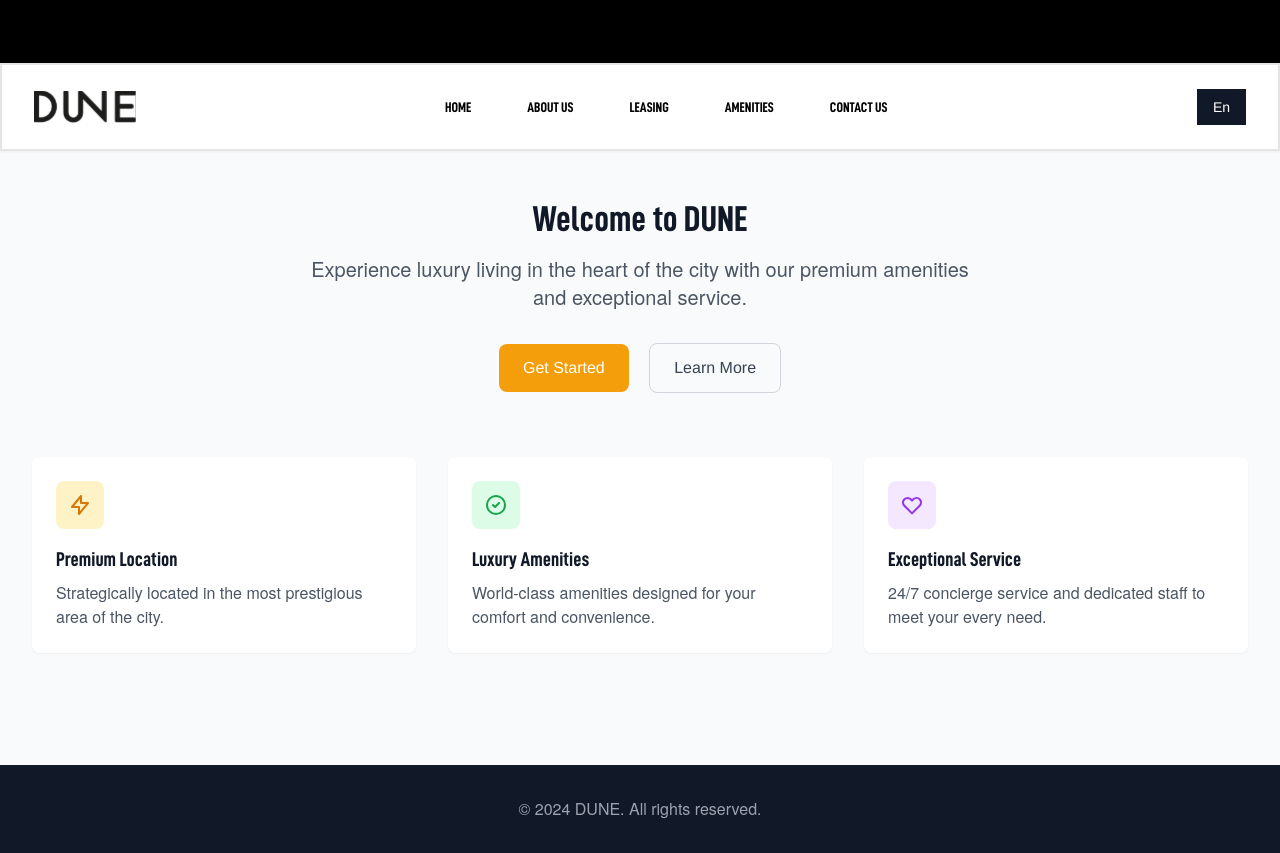
Repository: ahmedassr5765/dune
Page: index.html
These files come from the project's save history. The page is drawn as it stood at one moment and after a run of saves; the edit follows.
The browser window is 1280 px wide. The pictures show the whole page.
Some web fonts or font styles are not loaded; a fallback is used. Some web libraries are served in a nearby version.

Above is the page before, as saved 2025-07-12 17:46:24.

### index.html
<!DOCTYPE html>
<html lang="en" dir="ltr">
<head>
    <meta charset="UTF-8">
    <meta name="viewport" content="width=device-width, initial-scale=1.0">
    <title>DUNE</title>

    <!-- Local Fonts -->
    <style>
        @font-face {
            font-family: 'D-DIN Condensed';
            src: url('./Fonts/D-DINCondensed-Bold.otf') format('opentype');
            font-weight: 700;
            font-style: normal;
        }

        @font-face {
            font-family: 'Helvetica Neue';
            src: url('./Fonts/HelveticaNeueBlack.otf') format('opentype');
            font-weight: 400;
            font-style: normal;
        }
    </style>

    <!-- TailwindCSS -->
    <script src="https://cdn.tailwindcss.com"></script>

    <!-- TailwindCSS Configuration -->
    <script>
        tailwind.config = {
            theme: {
                extend: {
                    fontFamily: {
                        'ddin': ['D-DIN Condensed', 'sans-serif'],
                        'helvetica': ['Helvetica Neue', 'sans-serif'],
                    }
                }
            }
        }
    </script>

    <!-- Custom Styles -->
    <style>
        /* RTL Support */
        [dir="rtl"] {
            text-align: right;
        }

        [dir="rtl"] .logo {
            margin-right: 0;
            margin-left: auto;
        }

        [dir="rtl"] .nav-items {
            flex-direction: row-reverse;
            margin-left: 0;
            margin-right: auto;
        }

        [dir="rtl"] .lang-toggle {
            order: -1;
            margin-left: 0;
            margin-right: auto;
        }

        [dir="rtl"] .header-container {
            flex-direction: row-reverse;
        }

        [dir="rtl"] .nav-items a {
            margin-left: 0;
            margin-right: 2rem;
        }

        [dir="rtl"] .nav-items a:last-child {
            margin-right: 0;
        }

        /* Language Toggle Button */
        .lang-toggle {
            transition: all 0.3s ease;
        }

        .lang-toggle:hover {
            transform: scale(1.05);
        }

        /* Navigation Active State */
        .nav-active {
            color: #f59e0b;
        }

        /* RTL Animation */
        .rtl-transition {
            transition: all 0.5s ease;
        }

        /* Black Top Bar */
        .top-bar {
            background-color: #000000;
            height: 63px;
        }
    </style>
</head>
<body class="font-helvetica bg-gray-50 rtl-transition">
    <!-- Black Top Bar -->
    <div class="top-bar"></div>

    <!-- Header -->
    <header class="bg-white shadow-sm">
        <div class="max-w-8xl mx-auto px-4 border-[#E5E5E5] border-2 sm:px-6 lg:px-8">
            <div class="flex justify-between items-center py-6 header-container">
                <div class="flex items-center logo">
                    <a href="#" class="flex items-center">
                        <img src="/images/logo.svg" alt="DUNE" class="h-8 w-auto">
                    </a>
                </div>
                <nav class="hidden md:flex space-x-8 nav-items">
                    <a href="#" class="text-black hover:text-[#FBAA19] px-3 py-2 text-sm font-medium font-ddin transition-colors duration-200 nav-link" data-en="HOME" data-ar="الرئيسية">HOME</a>
                    <a href="#" class="text-black hover:text-[#FBAA19] px-3 py-2 text-sm font-medium font-ddin transition-colors duration-200 nav-link" data-en="ABOUT US" data-ar="معلومات عنا">ABOUT US</a>
                    <a href="#" class="text-black hover:text-[#FBAA19] px-3 py-2 text-sm font-medium font-ddin transition-colors duration-200 nav-link" data-en="LEASING" data-ar="الإيجار">LEASING</a>
                    <a href="#" class="text-black hover:text-[#FBAA19] px-3 py-2 text-sm font-medium font-ddin transition-colors duration-200 nav-link" data-en="AMENITIES" data-ar="الخدمات">AMENITIES</a>
                    <a href="#" class="text-black hover:text-[#FBAA19] px-3 py-2 text-sm font-medium font-ddin transition-colors duration-200 nav-link" data-en="CONTACT US" data-ar="اتصل بنا">CONTACT US</a>
                </nav>
                <div class="flex items-center lang-toggle">
                    <button id="languageToggle" class="bg-gray-900 text-white px-4 py-2 text-sm font-medium hover:bg-gray-800 transition-colors duration-200 focus:outline-none focus:ring-2 focus:ring-gray-500 focus:ring-offset-2">
                        En
                    </button>
                </div>
            </div>
        </div>
    </header>

    <!-- Main Content -->
    <main class="max-w-7xl mx-auto px-4 sm:px-6 lg:px-8 py-12">
        <!-- Hero Section -->
        <section class="text-center mb-16">
            <h2 class="text-4xl font-bold text-gray-900 font-ddin mb-4 main-title" data-en="Welcome to DUNE" data-ar="مرحباً بكم في ديون">Welcome to DUNE</h2>
            <p class="text-xl text-gray-600 mb-8 max-w-2xl mx-auto main-subtitle" data-en="Experience luxury living in the heart of the city with our premium amenities and exceptional service." data-ar="اختبر الحياة الفاخرة في قلب المدينة مع خدماتنا المتميزة والخدمة الاستثنائية.">Experience luxury living in the heart of the city with our premium amenities and exceptional service.</p>
            <div class="space-x-4">
                <button class="bg-amber-500 text-white px-6 py-3 rounded-lg font-medium hover:bg-amber-600 transition duration-200 cta-button" data-en="Get Started" data-ar="ابدأ الآن">
                    Get Started
                </button>
                <button class="border border-gray-300 text-gray-700 px-6 py-3 rounded-lg font-medium hover:bg-gray-50 transition duration-200 secondary-button" data-en="Learn More" data-ar="اعرف المزيد">
                    Learn More
                </button>
            </div>
        </section>

        <!-- Features Section -->
        <section class="grid md:grid-cols-3 gap-8 mb-16">
            <div class="bg-white p-6 rounded-lg shadow-sm">
                <div class="w-12 h-12 bg-amber-100 rounded-lg flex items-center justify-center mb-4">
                    <svg class="w-6 h-6 text-amber-600" fill="none" stroke="currentColor" viewBox="0 0 24 24">
                        <path stroke-linecap="round" stroke-linejoin="round" stroke-width="2" d="M13 10V3L4 14h7v7l9-11h-7z"></path>
                    </svg>
                </div>
                <h3 class="text-xl font-semibold text-gray-900 font-ddin mb-2 feature-title" data-en="Premium Location" data-ar="موقع مميز">Premium Location</h3>
                <p class="text-gray-600 feature-desc" data-en="Strategically located in the most prestigious area of the city." data-ar="يقع في موقع استراتيجي في أرقى مناطق المدينة.">Strategically located in the most prestigious area of the city.</p>
            </div>

            <div class="bg-white p-6 rounded-lg shadow-sm">
                <div class="w-12 h-12 bg-green-100 rounded-lg flex items-center justify-center mb-4">
                    <svg class="w-6 h-6 text-green-600" fill="none" stroke="currentColor" viewBox="0 0 24 24">
                        <path stroke-linecap="round" stroke-linejoin="round" stroke-width="2" d="M9 12l2 2 4-4m6 2a9 9 0 11-18 0 9 9 0 0118 0z"></path>
                    </svg>
                </div>
                <h3 class="text-xl font-semibold text-gray-900 font-ddin mb-2 feature-title" data-en="Luxury Amenities" data-ar="خدمات فاخرة">Luxury Amenities</h3>
                <p class="text-gray-600 feature-desc" data-en="World-class amenities designed for your comfort and convenience." data-ar="خدمات عالمية المستوى مصممة لراحتك وسهولتك.">World-class amenities designed for your comfort and convenience.</p>
            </div>

            <div class="bg-white p-6 rounded-lg shadow-sm">
                <div class="w-12 h-12 bg-purple-100 rounded-lg flex items-center justify-center mb-4">
                    <svg class="w-6 h-6 text-purple-600" fill="none" stroke="currentColor" viewBox="0 0 24 24">
                        <path stroke-linecap="round" stroke-linejoin="round" stroke-width="2" d="M4.318 6.318a4.5 4.5 0 000 6.364L12 20.364l7.682-7.682a4.5 4.5 0 00-6.364-6.364L12 7.636l-1.318-1.318a4.5 4.5 0 00-6.364 0z"></path>
                    </svg>
                </div>
                <h3 class="text-xl font-semibold text-gray-900 font-ddin mb-2 feature-title" data-en="Exceptional Service" data-ar="خدمة استثنائية">Exceptional Service</h3>
                <p class="text-gray-600 feature-desc" data-en="24/7 concierge service and dedicated staff to meet your every need." data-ar="خدمة بواب على مدار الساعة وموظفين مخصصين لتلبية جميع احتياجاتك.">24/7 concierge service and dedicated staff to meet your every need.</p>
            </div>
        </section>
    </main>

    <!-- Footer -->
    <footer class="bg-gray-900 text-white">
        <div class="max-w-7xl mx-auto px-4 sm:px-6 lg:px-8 py-8">
            <div class="text-center">
                <p class="text-gray-400 footer-text" data-en="&copy; 2024 DUNE. All rights reserved." data-ar="&copy; 2024 ديون. جميع الحقوق محفوظة.">&copy; 2024 DUNE. All rights reserved.</p>
            </div>
        </div>
    </footer>

    <!-- External JavaScript -->
    <script src="index.js"></script>
</body>
</html>

### index.js
let currentLang = 'en';
const languageToggle = document.getElementById('languageToggle');
const htmlElement = document.documentElement;

// Language toggle functionality
languageToggle.addEventListener('click', function() {
    if (currentLang === 'en') {
        // Switch to Arabic
        currentLang = 'ar';
        languageToggle.textContent = 'AR';
        htmlElement.setAttribute('lang', 'ar');
        htmlElement.setAttribute('dir', 'rtl');

        // Update all translatable elements
        updateTextContent('ar');

        // Add RTL specific classes
        document.body.classList.add('rtl-mode');

        // Update navigation spacing for RTL
        const navItems = document.querySelector('.nav-items');
        if (navItems) {
            navItems.classList.remove('space-x-8');
            navItems.classList.add('space-x-reverse', 'space-x-8');
        }

    } else {
        // Switch to English
        currentLang = 'en';
        languageToggle.textContent = 'En';
        htmlElement.setAttribute('lang', 'en');
        htmlElement.setAttribute('dir', 'ltr');

        // Update all translatable elements
        updateTextContent('en');

        // Remove RTL specific classes
        document.body.classList.remove('rtl-mode');

        // Reset navigation spacing for LTR
        const navItems = document.querySelector('.nav-items');
        if (navItems) {
            navItems.classList.remove('space-x-reverse');
            navItems.classList.add('space-x-8');
        }
    }
});

function updateTextContent(lang) {
    // Update navigation links
    const navLinks = document.querySelectorAll('.nav-link');
    navLinks.forEach(link => {
        link.textContent = link.getAttribute('data-' + lang);
    });

    // Update main title
    const mainTitle = document.querySelector('.main-title');
    if (mainTitle) {
        mainTitle.textContent = mainTitle.getAttribute('data-' + lang);
    }

    // Update main subtitle
    const mainSubtitle = document.querySelector('.main-subtitle');
    if (mainSubtitle) {
        mainSubtitle.textContent = mainSubtitle.getAttribute('data-' + lang);
    }

    // Update buttons
    const ctaButton = document.querySelector('.cta-button');
    if (ctaButton) {
        ctaButton.textContent = ctaButton.getAttribute('data-' + lang);
    }

    const secondaryButton = document.querySelector('.secondary-button');
    if (secondaryButton) {
        secondaryButton.textContent = secondaryButton.getAttribute('data-' + lang);
    }

    // Update feature titles
    const featureTitles = document.querySelectorAll('.feature-title');
    featureTitles.forEach(title => {
        title.textContent = title.getAttribute('data-' + lang);
    });

    // Update feature descriptions
    const featureDescs = document.querySelectorAll('.feature-desc');
    featureDescs.forEach(desc => {
        desc.textContent = desc.getAttribute('data-' + lang);
    });

    // Update footer text
    const footerText = document.querySelector('.footer-text');
    if (footerText) {
        footerText.innerHTML = footerText.getAttribute('data-' + lang);
    }
}

// Add smooth transitions for RTL switch
document.addEventListener('DOMContentLoaded', function() {
    // Add transition classes after page load
    setTimeout(() => {
        document.body.classList.add('rtl-transition');
    }, 100);
});

After the next 3 saves:
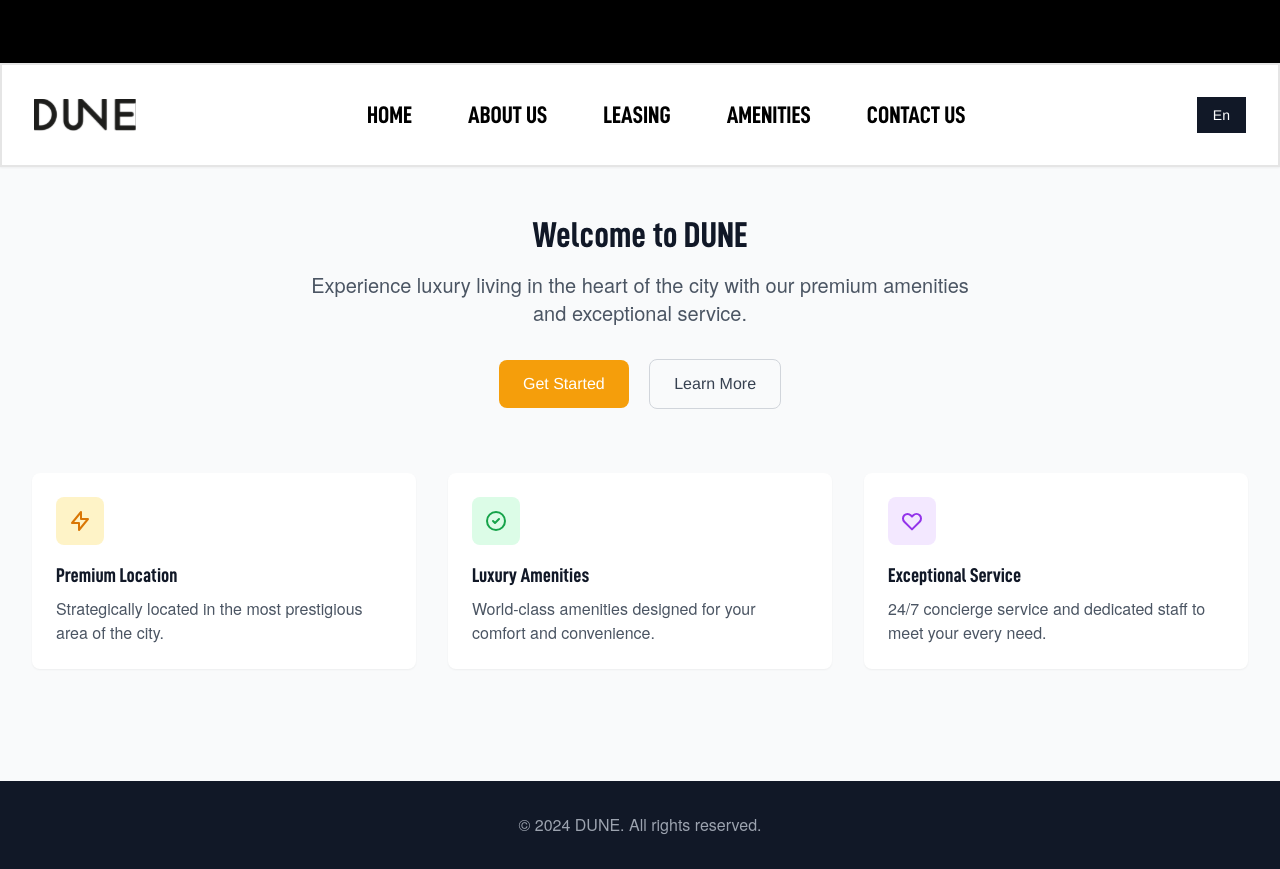
The 3 saves are shown as one change because they came seconds apart.
The last was saved 13 s later.
--- a/index.html
+++ b/index.html
@@ -116,11 +116,11 @@
                     </a>
                 </div>
                 <nav class="hidden md:flex space-x-8 nav-items">
-                    <a href="#" class="text-black hover:text-[#FBAA19] px-3 py-2 text-sm font-medium font-ddin transition-colors duration-200 nav-link" data-en="HOME" data-ar="الرئيسية">HOME</a>
-                    <a href="#" class="text-black hover:text-[#FBAA19] px-3 py-2 text-sm font-medium font-ddin transition-colors duration-200 nav-link" data-en="ABOUT US" data-ar="معلومات عنا">ABOUT US</a>
-                    <a href="#" class="text-black hover:text-[#FBAA19] px-3 py-2 text-sm font-medium font-ddin transition-colors duration-200 nav-link" data-en="LEASING" data-ar="الإيجار">LEASING</a>
-                    <a href="#" class="text-black hover:text-[#FBAA19] px-3 py-2 text-sm font-medium font-ddin transition-colors duration-200 nav-link" data-en="AMENITIES" data-ar="الخدمات">AMENITIES</a>
-                    <a href="#" class="text-black hover:text-[#FBAA19] px-3 py-2 text-sm font-medium font-ddin transition-colors duration-200 nav-link" data-en="CONTACT US" data-ar="اتصل بنا">CONTACT US</a>
+                    <a href="#" class="text-black hover:text-[#FBAA19] px-3 py-2 text-[24px] font-medium font-ddin transition-colors duration-200 nav-link" data-en="HOME" data-ar="الرئيسية">HOME</a>
+                    <a href="#" class="text-black hover:text-[#FBAA19] px-3 py-2 text-[24px] font-medium font-ddin transition-colors duration-200 nav-link" data-en="ABOUT US" data-ar="معلومات عنا">ABOUT US</a>
+                    <a href="#" class="text-black hover:text-[#FBAA19] px-3 py-2 text-[24px] font-medium font-ddin transition-colors duration-200 nav-link" data-en="LEASING" data-ar="الإيجار">LEASING</a>
+                    <a href="#" class="text-black hover:text-[#FBAA19] px-3 py-2 text-[24px] font-medium font-ddin transition-colors duration-200 nav-link" data-en="AMENITIES" data-ar="الخدمات">AMENITIES</a>
+                    <a href="#" class="text-black hover:text-[#FBAA19] px-3 py-2 text-[24px] font-medium font-ddin transition-colors duration-200 nav-link" data-en="CONTACT US" data-ar="اتصل بنا">CONTACT US</a>
                 </nav>
                 <div class="flex items-center lang-toggle">
                     <button id="languageToggle" class="bg-gray-900 text-white px-4 py-2 text-sm font-medium hover:bg-gray-800 transition-colors duration-200 focus:outline-none focus:ring-2 focus:ring-gray-500 focus:ring-offset-2">
